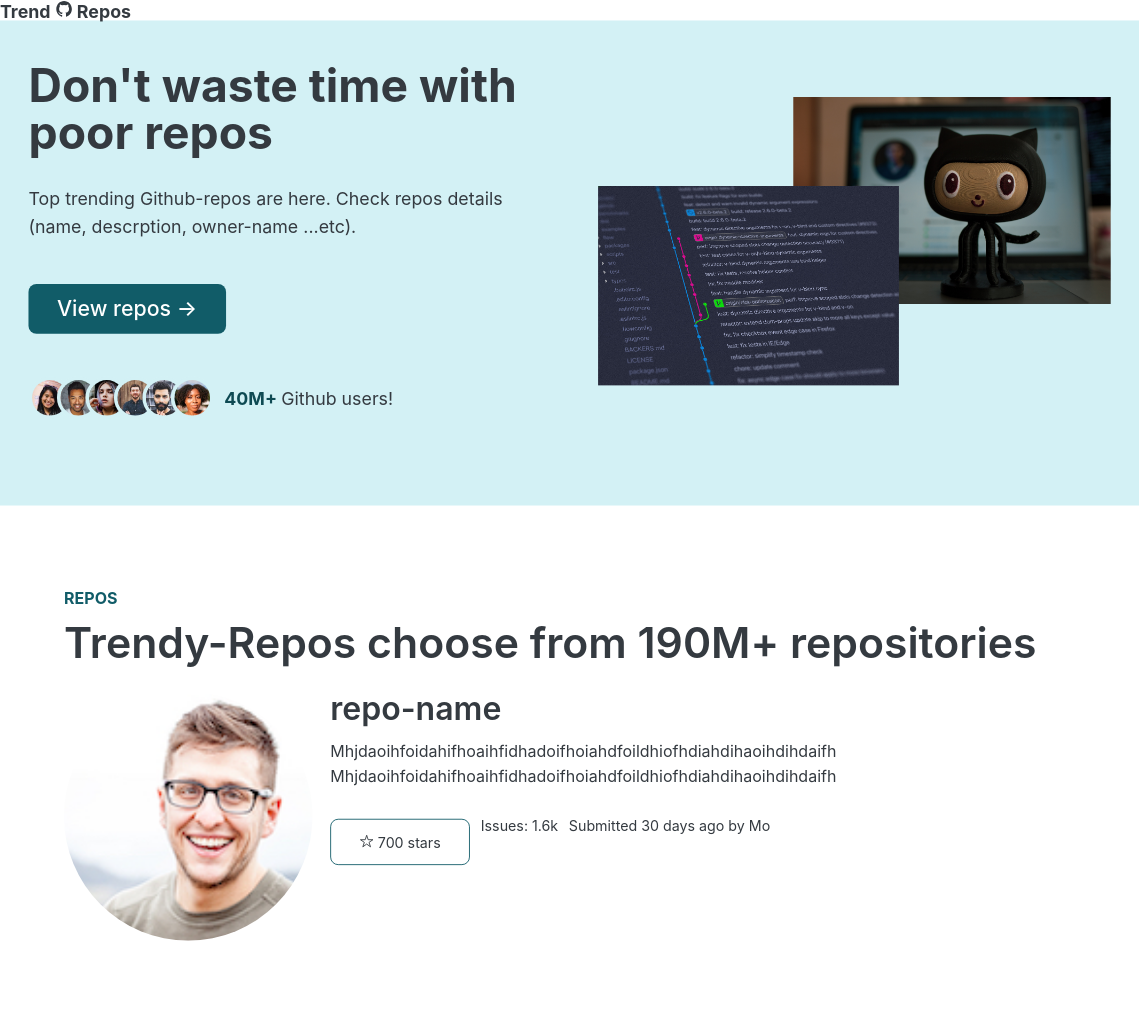
Repository: MoRamdan11/Trending-repos-challenge
Page: /
The author's editor kept a copy of each file at every save. The page is drawn from the files as they stood at one save, then again after the next save.
The browser window is 1280 px wide. The pictures show the whole page, at 89% of full size.
Some web libraries are served in a nearby version. The project was rebuilt for these pictures with package versions that can differ from the ones it lists, and the page was loaded fresh each time. Also part of the build but not shown: src/App.css, src/components/test.js, src/components/Navbar/navbar.css.

Above is the page before, as saved 2021-09-01 02:58:58.

After the next save:
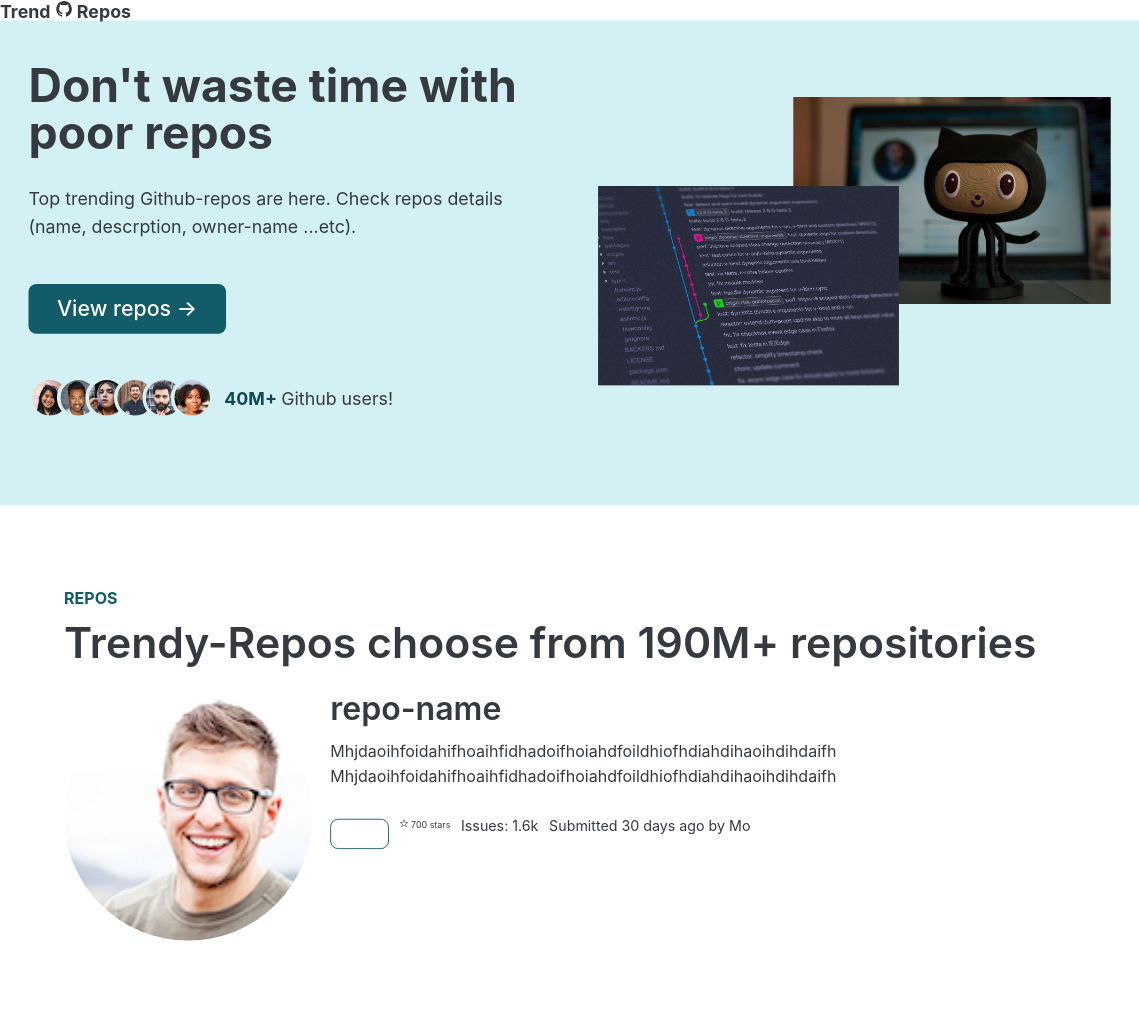
Saved 43 s later.
--- a/src/components/Repo-Row/repo.js
+++ b/src/components/Repo-Row/repo.js
@@ -15,7 +15,8 @@
           Mhjdaoihfoidahifhoaihfidhadoifhoiahdfoildhiofhdiahdihaoihdihdaifh
         </p>
         <aside className="repo-secondary-info">
-          <p className="repo-stars">
+          <div className="repo-stars"></div>
+          <p>
             <ion-icon name="star-outline"></ion-icon> 700 stars
           </p>
           <p className="repo-issues">Issues: 1.6k</p>

After the save that followed:
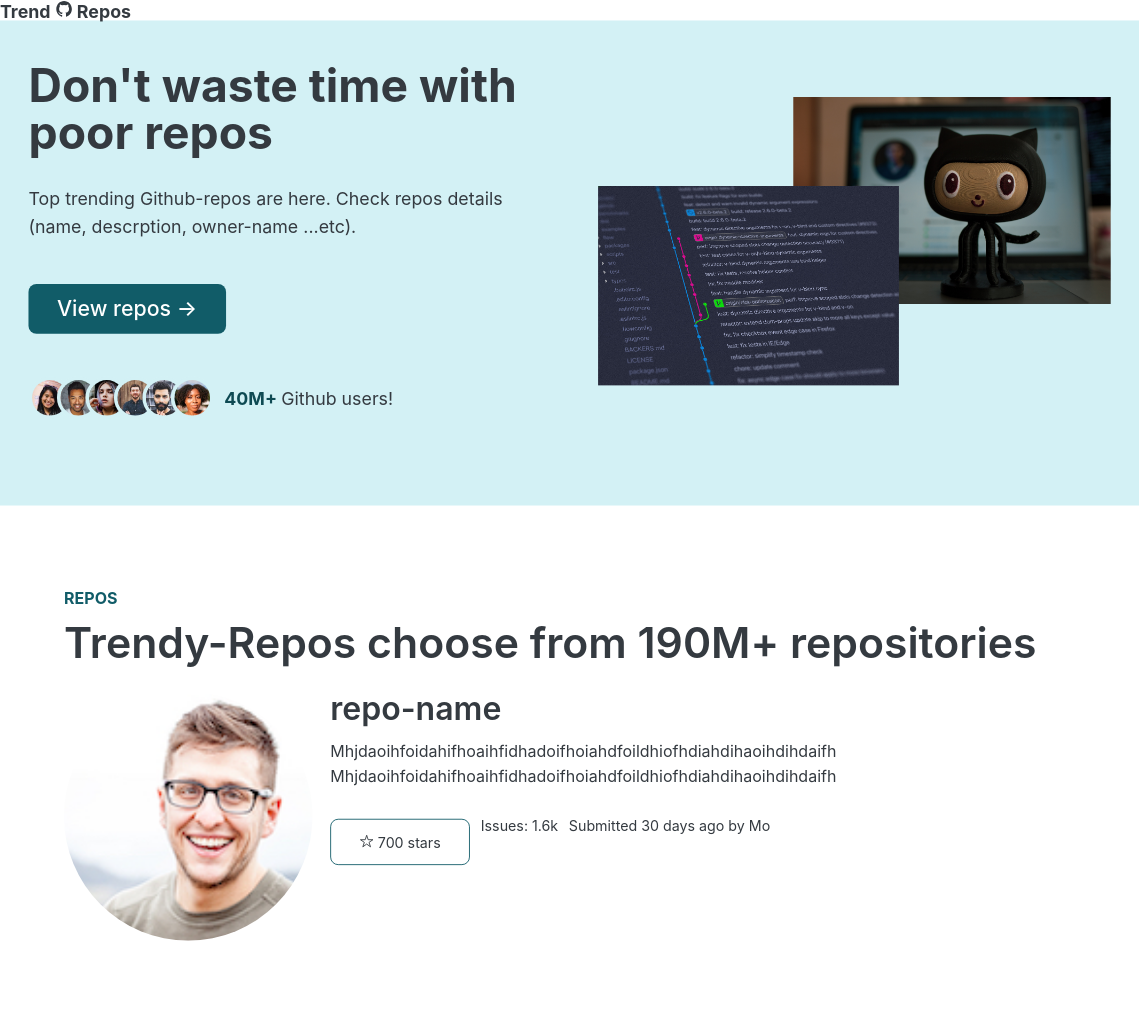
Saved 9 s later.
--- a/src/components/Repo-Row/repo.js
+++ b/src/components/Repo-Row/repo.js
@@ -15,10 +15,11 @@
           Mhjdaoihfoidahifhoaihfidhadoifhoiahdfoildhiofhdiahdihaoihdihdaifh
         </p>
         <aside className="repo-secondary-info">
-          <div className="repo-stars"></div>
-          <p>
-            <ion-icon name="star-outline"></ion-icon> 700 stars
-          </p>
+          <div className="repo-stars">
+            <p>
+              <ion-icon name="star-outline"></ion-icon> 700 stars
+            </p>
+          </div>
           <p className="repo-issues">Issues: 1.6k</p>
           <p className="repo-submit">Submitted 30 days ago by Mo</p>
         </aside>
